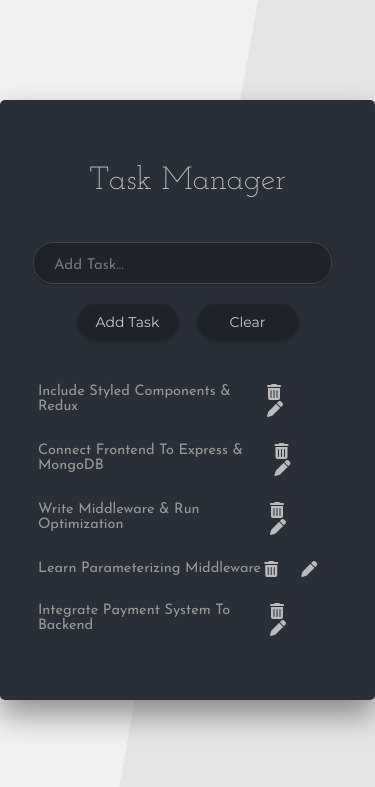
Repository: Kol124/react-task-manager
Page: /
These files come from the project's save history. The page is drawn as it stood at one moment and after the next save; the edit follows.
The browser window is 375 px wide. The pictures show the whole page.
Some web libraries are served in a nearby version. The project was rebuilt for these pictures with package versions that can differ from the ones it lists, and the page was loaded fresh each time.

Above is the page before, as saved 2021-06-22 20:41:53.

After the next save:
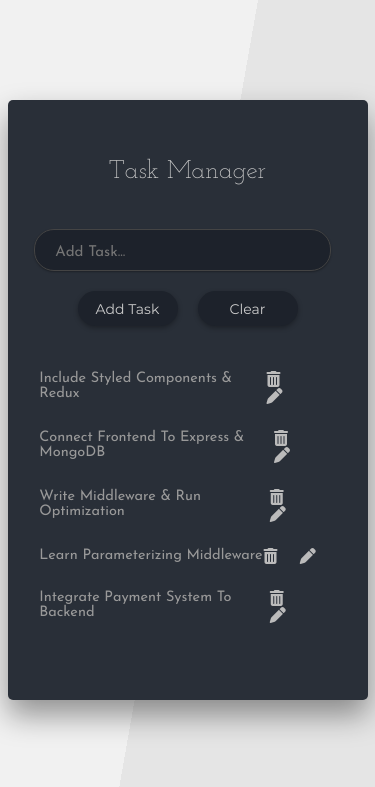
Saved 3 min 17 s later.
--- a/src/App.css
+++ b/src/App.css
@@ -54,6 +54,47 @@ html {
   margin-bottom: 15px;
 }
 
+.task-input {
+  font-family: "Josefin Sans", serif;
+  padding: 15px 10px 10px 20px;
+  margin: 0 10px 10px 0;
+  width: 95%;
+  color: #ccc;
+  outline: none;
+  font-size: 15px;
+  border-radius: 20px;
+  border: 1px solid #444;
+  background-color: #1d222b;
+  box-shadow: 0 1px 2px rgba(0, 0, 0, 0.3);
+}
+
+@media only screen and (max-width: 460px) {
+  html {
+    font-size: 50%;
+  }
+}
+
+.buttons {
+  display: flex;
+}
+
+.btn {
+  margin: 10px;
+}
+
+.add-task-btn {
+  min-width: 100px;
+  background-color: #1d222b;
+  color: #ccc;
+  border: none;
+  font-family: "Montserrat", sans-serif;
+  font-size: 14px;
+  border-radius: 20px;
+  box-shadow: 0 2px 5px rgba(0, 0, 0, 0.3);
+  outline: none;
+  cursor: pointer;
+}
+
 .list {
   width: 95%;
   margin: auto;
@@ -77,42 +118,6 @@ html {
 ::-webkit-scrollbar-thumb {
   background: #444;
   border-radius: 10px;
-}
-
-.task-input {
-  width: 95%;
-  min-width: 250px;
-  padding: 15px 10px 10px 20px;
-  margin: 0 10px 10px 0;
-  font-family: "Josefin Sans", serif;
-  font-size: 15px;
-  color: #ccc;
-  background-color: #1d222b;
-  border: 1px solid #444;
-  outline: none;
-  border-radius: 20px;
-  box-shadow: 0 1px 2px rgba(0, 0, 0, 0.3);
-}
-
-.buttons {
-  display: flex;
-}
-
-.btn {
-  margin: 10px;
-}
-
-.add-task-btn {
-  min-width: 100px;
-  background-color: #1d222b;
-  color: #ccc;
-  border: none;
-  font-family: "Montserrat", sans-serif;
-  font-size: 14px;
-  border-radius: 20px;
-  box-shadow: 0 2px 5px rgba(0, 0, 0, 0.3);
-  outline: none;
-  cursor: pointer;
 }
 
 .list-item {
